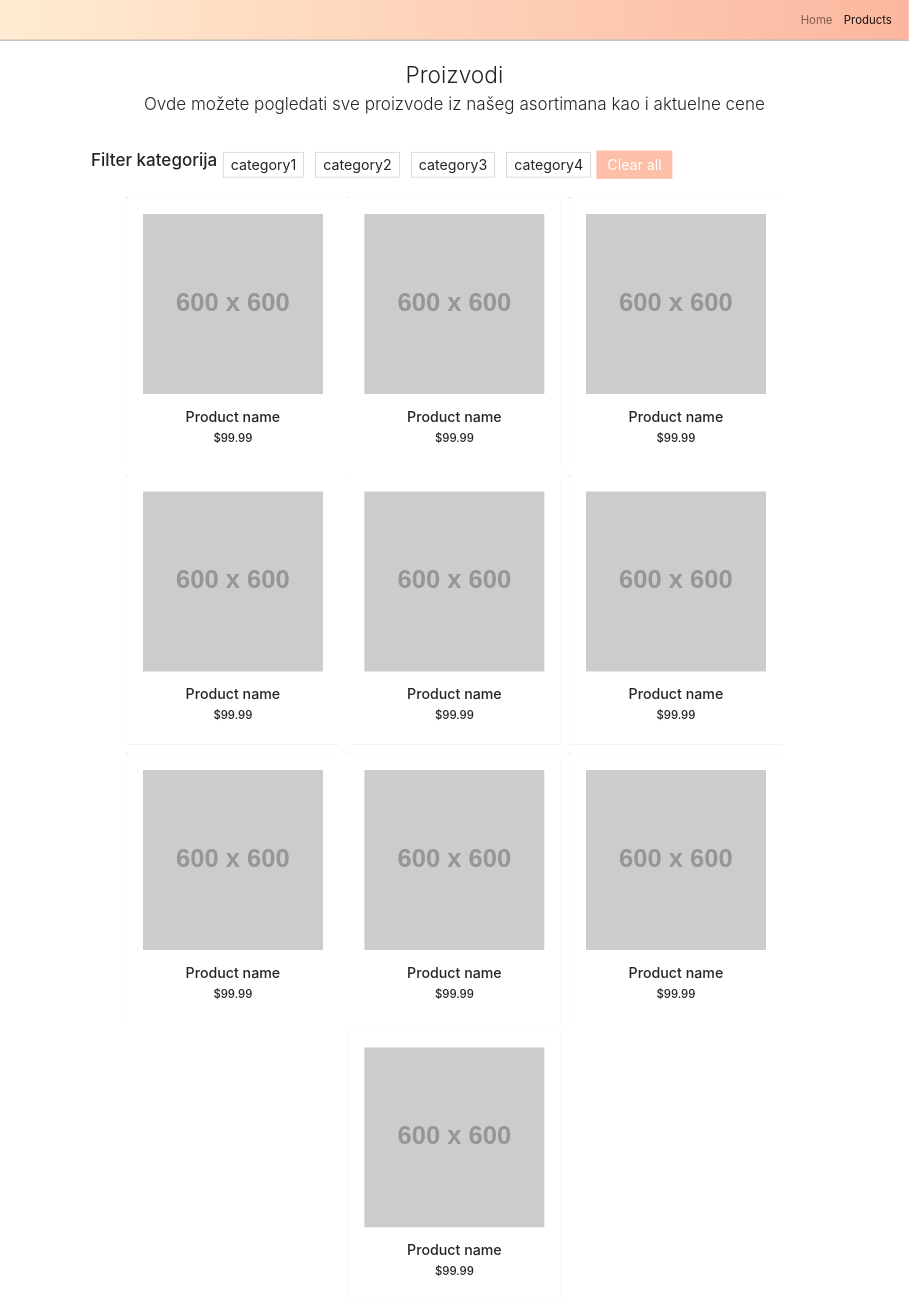
Repository: StevanFilipovic/TemplateForSinglepageWebsite
Page: products.html
The author's editor kept a copy of each file at every save. The page is drawn from the files as they stood at one save, then again after the next save.
The browser window is 1280 px wide. The pictures show the whole page, at 71% of full size.
Some web libraries are served in a nearby version.

Above is the page before, as saved 2018-06-15 10:53:23.

### products.html
<!doctype html>
<html>
<head>
	<meta charset="utf-8">
	<title>One Page Scroll</title>
	<meta name="title" content="Website by Stevan" />
	<meta name="description" content="Proizvodi"/>
    <link rel="shortcut icon" id="favicon" href="">
    <meta name="viewport" content="initial-scale=1, width=device-width, maximum-scale=1, minimum-scale=1, user-scalable=no">
	<link href='http://fonts.googleapis.com/css?family=Open+Sans:300,400,700' rel='stylesheet' type='text/css'>
	<link href='http://fonts.googleapis.com/css?family=Pacifico:400' rel='stylesheet' type='text/css'>
	<script type="text/javascript" src="http://code.jquery.com/jquery-1.9.1.js"></script>
  <link href='products-page-style.css' rel='stylesheet' type='text/css'>
  <!-- Da bi koristili less potrebno je odkomentarisati donje dve linije i uraditi konverziju css-a i ubaciti u dole navedene fajlove -->
  <!-- <link rel="stylesheet/less" type="text/css" href="onepage-scrool.less" /> -->
  <!-- <link rel="stylesheet/less" type="text/css" href="styles.less" /> -->
  <!-- <script src="less.js" type="text/javascript"></script> -->
  <link rel="stylesheet" href="https://stackpath.bootstrapcdn.com/bootstrap/4.1.1/css/bootstrap.min.css" integrity="sha384-WskhaSGFgHYWDcbwN70/dfYBj47jz9qbsMId/iRN3ewGhXQFZCSftd1LZCfmhktB" crossorigin="anonymous">

<script>
    $(document).ready(function() {
  var $products = $('.grid-products'),
      $filters = $("#filters input[type='checkbox']"),
      product_filter = new ProductFilterLevel1($products, $filters);
  product_filter.init();
});

function ProductFilterLevel1(products, filters) {
  var _this = this;

  this.init = function() {
    this.products = products;
    this.filters = filters;
    this.bindEvents();
  };

  this.bindEvents = function() {
    this.filters.click(this.filterGridProducts);
    $('#none').click(this.removeAllFilters);
  };

  this.filterGridProducts = function() {
    _this.products.hide();
    var selectedFilters = _this.filters.filter(':checked');
    if (selectedFilters.length) {
      var selectedFiltersValues = [];
      selectedFilters.each(function() {
        var currentFilter = $(this);
        selectedFiltersValues.push("[data-" + currentFilter.attr('name') + "='" + currentFilter.val() + "']");
      });
      _this.products.filter(selectedFiltersValues.join(',')).show();
    } else {
      _this.products.show();
    }
  };

  this.removeAllFilters = function() {
    _this.filters.prop('checked', false);
    _this.products.show();
  }
}
</script>

</head>
<body>
        <div class="header">
                <nav class="navbar navbar-expand-lg navbar-light">
                  <!-- <a class="navbar-brand" href="#">Navbar</a> -->
                  <button class="navbar-toggler" type="button" data-toggle="collapse" data-target="#navbarNavDropdown" aria-controls="navbarNavDropdown" aria-expanded="false" aria-label="Toggle navigation">
                    <span class="navbar-toggler-icon"></span>
                  </button>
                  <div class="collapse navbar-collapse justify-content-end" id="navbarNavDropdown">
                    <ul class="navbar-nav">
                      <li class="nav-item ">
                        <a class="nav-link" href="index.html">Home </a>
                      </li>
                      <li class="nav-item active">
                        <a class="nav-link" href="products.html">Products<span class="sr-only">(current)</span></a>
                      </li>
                      </li>
                    </ul>
                  </div>
                </nav>
                </div>
<div class="intro-text">
    <h2>Proizvodi</h2>
    <h4>Ovde možete pogledati sve proizvode iz našeg asortimana kao i aktuelne cene</h4>
</div>
<div id="filters" class="products">
    <div class="filter-wrapper">
      <h4>Filter kategorija</h4>
      <label class="filter-container"><input type="checkbox" name="colour" id="category1" value="category1" ><span class="filters-title">category1</span></input></label>
      <label class="filter-container"><input type="checkbox" name="colour" id="category2" value="category2"><span class="filters-title">category2</span></input></label>
      <label class="filter-container"><input type="checkbox" name="colour" id="category3" value="category3"><span class="filters-title">category3</span></input></label>
      <label class="filter-container"><input type="checkbox" name="colour" id="category4" value="category4"><span class="filters-title">category4</span></input></label>
    </div>
    <div>
      <input class="button-clear dugme" type="button" id="none" value="Clear all"></input>
    </div>
  </div>

          <section class="products">
                <div class="product-card grid-products" data-colour="category1">
                    <div class="product-image">
                        <img src="http://via.placeholder.com/600x600">
                    </div>
                    <div class="product-info">
                        <h5>Product name</h5>
                        <h6>$99.99</h6>
                    </div>
                </div>

                <div class="product-card grid-products" data-colour="category1">
                    <div class="product-image">
                        <img src="http://via.placeholder.com/600x600">
                    </div>
                    <div class="product-info">
                        <h5>Product name</h5>
                        <h6>$99.99</h6>
                    </div>
                </div>

                <div class="product-card grid-products" data-colour="category2">
                    <div class="product-image">
                        <img src="http://via.placeholder.com/600x600">
                    </div>
                    <div class="product-info">
                        <h5>Product name</h5>
                        <h6>$99.99</h6>
                    </div>
                </div>

                <div class="product-card grid-products" data-colour="category2">
                    <div class="product-image">
                        <img src="http://via.placeholder.com/600x600">
                    </div>
                    <div class="product-info">
                        <h5>Product name</h5>
                        <h6>$99.99</h6>
                    </div>
                </div>

                <div class="product-card grid-products" data-colour="category3">
                    <div class="product-image">
                        <img src="http://via.placeholder.com/600x600">
                    </div>
                    <div class="product-info">
                        <h5>Product name</h5>
                        <h6>$99.99</h6>
                    </div>
                </div>

                <div class="product-card grid-products" data-colour="category3">
                    <div class="product-image">
                        <img src="http://via.placeholder.com/600x600">
                    </div>
                    <div class="product-info">
                        <h5>Product name</h5>
                        <h6>$99.99</h6>
                    </div>
                </div>

                <div class="product-card grid-products" data-colour="category3">
                    <div class="product-image">
                        <img src="http://via.placeholder.com/600x600">
                    </div>
                    <div class="product-info">
                        <h5>Product name</h5>
                        <h6>$99.99</h6>
                    </div>
                </div>

                <div class="product-card grid-products" data-colour="category4">
                    <div class="product-image">
                        <img src="http://via.placeholder.com/600x600">
                    </div>
                    <div class="product-info">
                        <h5>Product name</h5>
                        <h6>$99.99</h6>
                    </div>
                </div>

                <div class="product-card grid-products" data-colour="category4">
                    <div class="product-image">
                        <img src="http://via.placeholder.com/600x600">
                    </div>
                    <div class="product-info">
                        <h5>Product name</h5>
                        <h6>$99.99</h6>
                    </div>
                </div>

                <div class="product-card grid-products" data-colour="category4">
                    <div class="product-image">
                        <img src="http://via.placeholder.com/600x600">
                    </div>
                    <div class="product-info">
                        <h5>Product name</h5>
                        <h6>$99.99</h6>
                    </div>
                </div>

            </section>

</body>
</html>

### products-page-style.css
.header{
    background-image: linear-gradient(to right, #ffecd2 0%, #fcb69f 100%);
    border-bottom: 1px solid gray;
}
.intro-text{
  margin: 30px auto 50px;
}
.intro-text h2, .intro-text h4{
  text-align: center;
    font-weight: 300;
}
.products {
	display: flex;
    flex-wrap: wrap;
    width: 90%;
    margin: auto;
    justify-content: center;
}
#filters{
  margin-bottom: 20px;
  justify-content: start;
  width: 80%;
}

.product-card {
	display: flex;
	flex-direction: column;
    max-width: 300px;
	padding: 2%;
  /* flex: 1 16%; */
  margin: 6px;

	background-color: #FFF;
	box-shadow: 0px 0px 1px 0px rgba(0,0,0,0.25);
}

.product-image img {
	width: 100%;
}

.product-info {
	margin-top: auto;
	padding-top: 20px;
	text-align: center;
}

@media ( max-width: 920px ) {

	/* .product-card {
		flex: 1 21%;
	} */

	/* .products .product-card:first-child,
	.products .product-card:nth-child(2) {
		flex: 2 46%;
	} */

}

@media ( max-width: 600px ) {

	/* .product-card {
		flex: 1 46%;
	} */

}

@media ( max-width: 480px ) {

	h1 {
		margin-bottom: 20px;
	}

	.product-filter {
		flex-direction: column;
	}

	.sort {
		align-self: flex-start;
	}

}


/* Checkmark */

/* Customize the label (the container) */
.filter-container {
    display: block;
    position: relative;
    margin: auto 8px;
    cursor: pointer;
    font-size: 20px;
    -webkit-user-select: none;
    -moz-user-select: none;
    -ms-user-select: none;
    user-select: none;
    border: 1px solid #cccccc;
    padding: 2px 10px;
  }


.filter-category{
  border: 1px solid #cccccc;
  padding: 2px 10px;
  margin: auto 8px;
}

.dugme:focus{
  background: blue;
}

input:focus + label,
input:active + label {
  background: red;
}


  /* Hide the browser's default checkbox */
  .filter-container input {
    position: absolute;
    opacity: 0;
    cursor: pointer;
  }

  /* Create a custom checkbox */
  .checkmark {
    position: absolute;
    top: 0;
    left: 0;
    height: 30px;
    width: 30px;
    background-color: #eee;
    display: none;
  }

  /* On mouse-over, add a grey background color */
  .filter-container:hover input ~ .checkmark {
    background-color: #ccc;
  }

  /* When the checkbox is checked, add a blue background */
  .filter-container input:checked ~ .checkmark {
    background-color: #fdbfa7;
  }

  /* Create the checkmark/indicator (hidden when not checked) */
  .checkmark:after {
    content: "";
    position: absolute;
    display: none;
  }

  /* Show the checkmark when checked */
  .filter-container input:checked ~ .checkmark:after {
    display: block;
  }

  /* Style the checkmark/indicator */
  .filter-container .checkmark:after {
    left: 9px;
    top: 5px;
    width: 10px;
    height: 15px;
    border: solid white;
    border-width: 0 3px 3px 0;
    -webkit-transform: rotate(45deg);
    -ms-transform: rotate(45deg);
    transform: rotate(45deg);
  }

  .filter-wrapper{
      display: contents;
      margin-bottom: 15px;
  }

  .button-clear{
    background: #FDBFA7;
    font-size: 20px;
    color: white;
    border-style: none;
    cursor: pointer;
    padding: 5px 15px;
  }

After the next save:
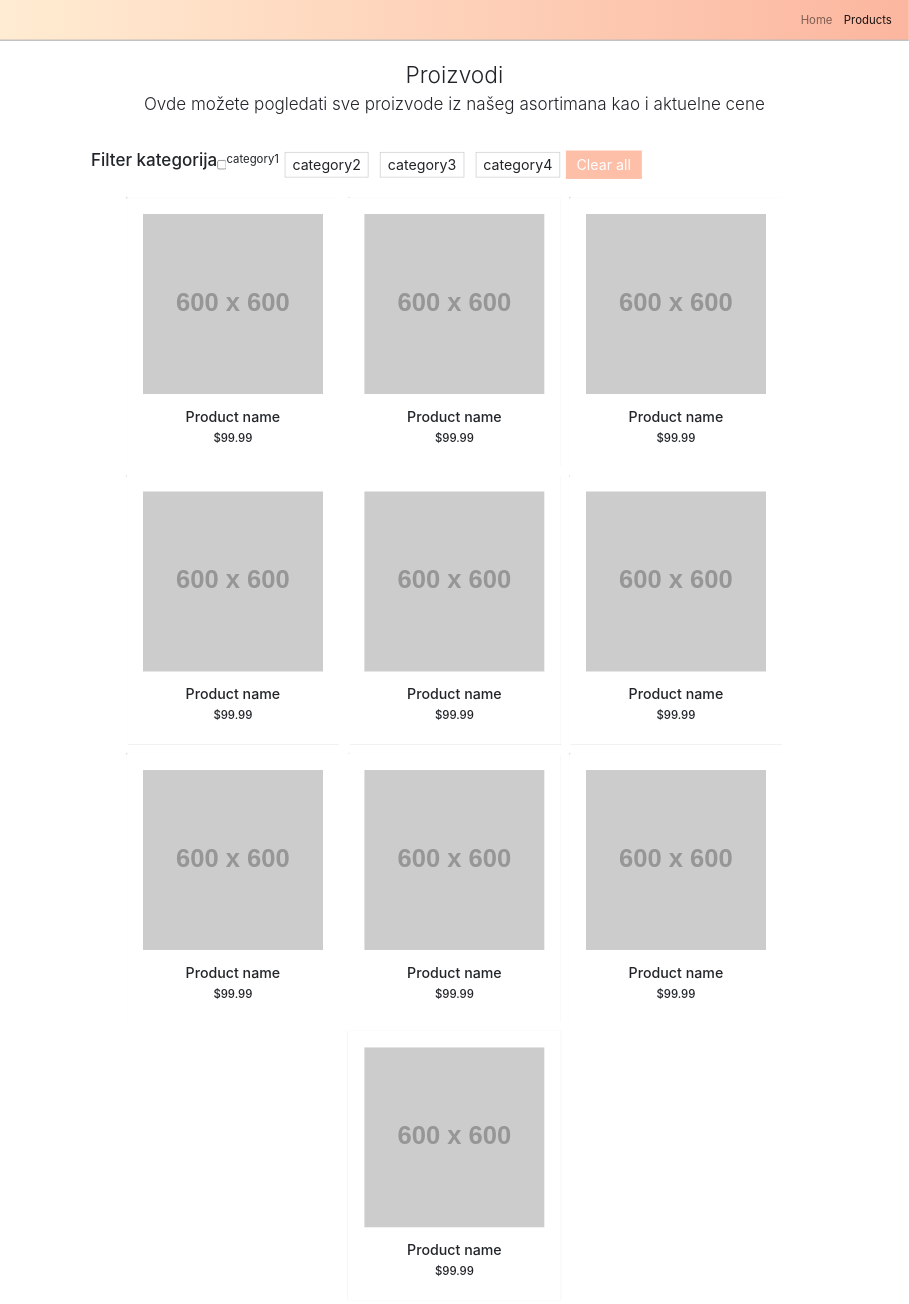
Saved 2 min 4 s later.
--- a/products.html
+++ b/products.html
@@ -89,7 +89,7 @@
 <div id="filters" class="products">
     <div class="filter-wrapper">
       <h4>Filter kategorija</h4>
-      <label class="filter-container"><input type="checkbox" name="colour" id="category1" value="category1" ><span class="filters-title">category1</span></input></label>
+      <input type="checkbox" name="colour" id="category1" value="category1" ><span class="filters-title">category1</span></input>
       <label class="filter-container"><input type="checkbox" name="colour" id="category2" value="category2"><span class="filters-title">category2</span></input></label>
       <label class="filter-container"><input type="checkbox" name="colour" id="category3" value="category3"><span class="filters-title">category3</span></input></label>
       <label class="filter-container"><input type="checkbox" name="colour" id="category4" value="category4"><span class="filters-title">category4</span></input></label>
